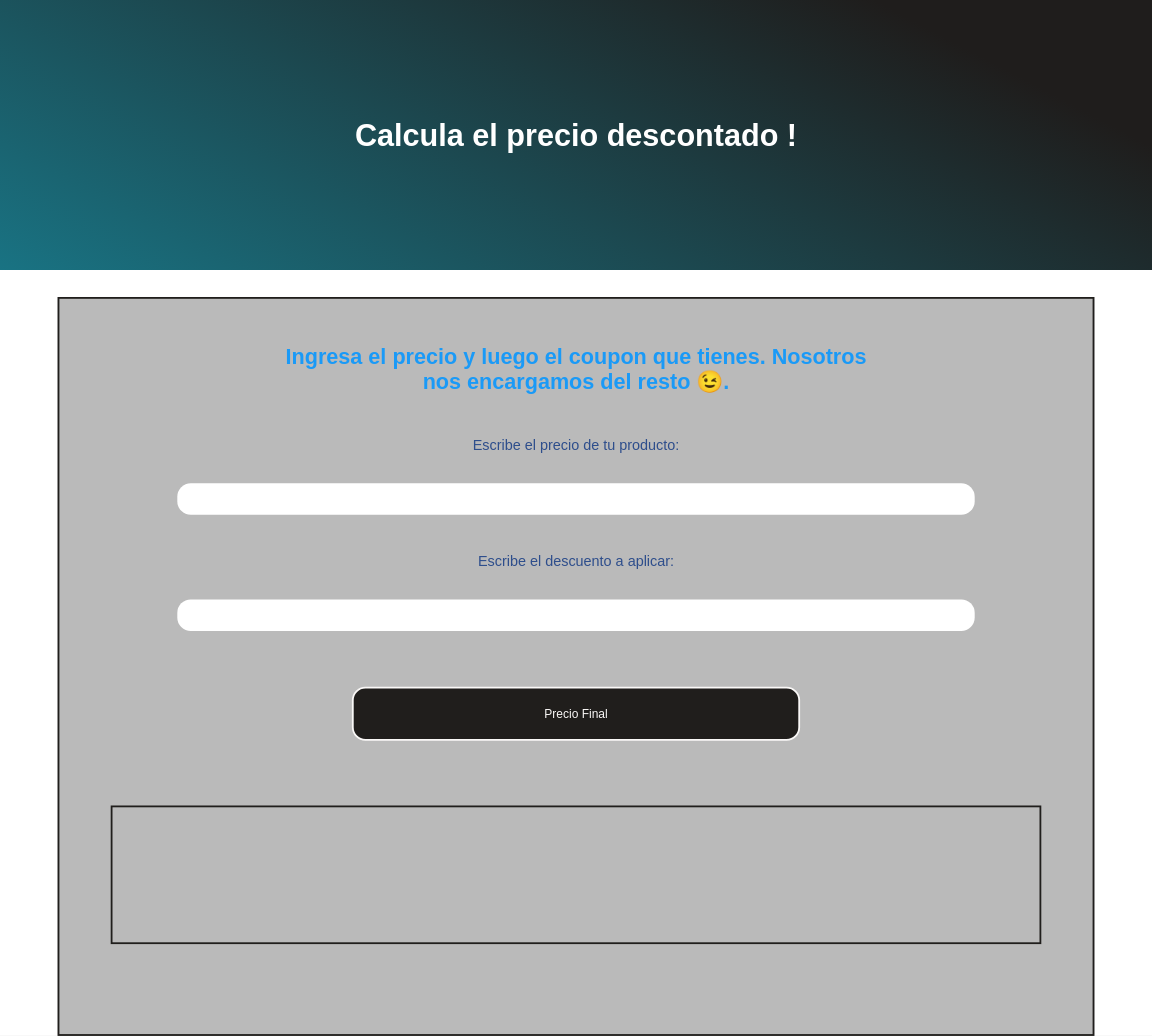
Repository: ChristianGecchelin/javascript-project
Page: javascript-project/descuentos y porcentajes/descuentos.html
An editor plug-in stored every save of this project. The page is shown before and after the next save, followed by the edit.
The browser window is 1280 px wide. The pictures show the whole page, at 90% of full size.

Above is the page before, as saved 2021-12-05 18:39:18.

### javascript-project/descuentos y porcentajes/descuentos.html
<!DOCTYPE html>
<html lang="es">
  <head>
    <meta charset="UTF-8" />
    <meta http-equiv="X-UA-Compatible" content="IE=edge" />
    <meta name="viewport" content="width=device-width, initial-scale=1.0" />
    <title>Porcentajes y descuentos</title>
    <link rel="stylesheet" href="./style.css" />
  </head>
  <body>
    <header>
      <div class="header--title-container">
        <h1>Calcula el precio descontado !</h1>
      </div>
    </header>
    <main>
      <section class="title-container">
        <h2 class="title">
          Ingresa el precio y luego el coupon que tienes. Nosotros nos
          encargamos del resto 😉.
        </h2>
        <div class="container-form">
          <form action="">
            <div class="form--labelContainer">
              <label class="form--label-input" for="inputPrice">
                Escribe el precio de tu producto:</label
              >
              <input class="form--input" type="number" id="inputPrice" />
            </div>
            <div class="form--labelContainer">
              <label class="form--label-input" for="inputCoupon"
                >Escribe el descuento a aplicar:</label
              >
              <input class="form--input" type="text" id="inputCoupon" />
            </div>

            <button type="button" onclick="calculateDiscountPrice()">
              Precio Final
            </button>
          </form>
        </div>
        <section class="container-answer">
          <p id="resultFunction"></p>
        </section>
      </section>
    </main>

    <script src="./descuentos.js"></script>
  </body>
</html>

### javascript-project/descuentos y porcentajes/style.css
:root {
  --Dark-lightblue: #197383;
  --soft-orange: #ffe9d5;
  --secondary-blue: #1a9af7;
  --soft-blue: #e7f5ff;
  --warm-black: #201e1c;
  --black: #282623;
  --grey: #bababa;
  --off-white: #faf8f7;
  --just-white: #fff;
}
* {
  box-sizing: border-box;
  margin: 0;
  padding: 0;
}
html {
  font-size: 62.5%;
  font-family: "DM Sans", sans-serif;
}
header {
  position: relative;
  display: flex;
  flex-direction: column;
  justify-content: center;
  width: 100%;
  min-width: 320px;
  height: 300px;
  text-align: center;
  background: linear-gradient(207.8deg, #1f1d1c 16.69%, #197383 100%);
}
header .header--title-container {
  display: flex;
  justify-content: center;
  align-self: center;
  width: 90%;
  min-width: 288px;
  max-width: 900px;
  height: 200px;
  text-align: center;
}
header .header--title-container h1 {
  margin: auto;
  font-size: 3.4rem;
  font-weight: 700;
  line-height: 3.6rem;
  color: var(--just-white);
}
.title-container {
  width: 90%;
  height: auto;
  margin: 0 auto;
  margin-top: 30px;
  padding-top: 50px;
  padding-bottom: 100px;
  text-align: center;
  background-color: #bababa;
  border: 2px solid var(--warm-black);
}
.title-container .title {
  width: 60%;
  margin: 0 auto;
  margin-bottom: 25px;
  font-size: 2.4rem;
  font-weight: 700;
  color: #1a9af7;
}
.title-container .container-form {
  display: flex;
  flex-direction: column;
  justify-content: center;
  height: auto;
  padding: 20px 20px;
}
.title-container .container-form .form--labelContainer {
  margin-bottom: 40px;
}
.title-container .container-form .form--label-input {
  display: block;
  font-size: 1.6rem;
  font-weight: 500;
  line-height: 2.4rem;
  color: rgba(34, 68, 136, 0.92);
}
.title-container .container-form .form--input {
  display: block;
  width: 80%;
  height: 35px;
  margin: 30px auto;
  border: none;
  border-radius: 15px;
  text-align: center;
  font-size: 2rem;
  font-weight: 500;
}
.title-container .container-form .form--input:focus {
  border: 5px solid var(--Dark-lightblue);
  width: 85%;
  border-radius: 15px;
}
.title-container .container-form button {
  width: 45%;
  height: 60px;
  margin: 2%;
  padding: 5px 10px;
  border: 2px solid var(--off-white);
  border-radius: 15px;
  background-color: var(--warm-black);
  color: var(--off-white);
}
.container-answer {
  width: 90%;
  height: auto;
  margin: 0 auto;
  margin-top: 30px;
  padding-top: 50px;
  padding-bottom: 100px;
  text-align: center;
  background-color: #bababa;
  border: 2px solid var(--warm-black);
}
.container-answer p {
  font-size: 3rem;
  font-weight: 700;
  line-height: 2.4rem;
  color: var(--Dark-lightblue);
}

### javascript-project/descuentos y porcentajes/descuentos.js
// Voy a relacionar los descuentos a cupones que el cliente puede aplicar para bajar el precio del producto
// 1° creo un array de objetos. propiedad: valor,
const coupons = [
  {
    name: "nuevo-socio",
    discount: 30,
  },
  { name: "primera-compra", discount: 15 },
  { name: "navidad", discount: 10 },
  {
    name: "cumpleaños",
    discount: 5,
  },
];
function calculoPrecioConDescuento(precio, descuento) {
  // Calculo el porcentaje final que PAGARA el cliente
  const porcentajePrecioConDescuento = 100 - descuento;
  const precioConDescuento = (precio * porcentajePrecioConDescuento) / 100;
  return precioConDescuento;
}
//Esta funcion es la que llamaremos cuando tocamos el boton
//tomamos los valores puestos en los input
function calculateDiscountPrice() {
  const inputPrice = document.getElementById("inputPrice");
  const priceValue = inputPrice.value;
  const inputCoupon = document.getElementById("inputCoupon");
  const couponValue = inputCoupon.value;
  // Esta funcion validara si coupon name es igual a coupon value, solo se ejecuta cuando la llamo

  const isCouponValueValid = function (coupon) {
    return coupon.name === couponValue;
  };
  //recorreremos el array de cupones para ver si lo introducido en el input corresponde a un cupon valido mediante la funcion anterior y lo almacenamos en una constante
  const userCoupon = coupons.find(isCouponValueValid);
  //si no corresponde nos da un alert. Pero si es valido, la propiedad discount se la asigno a descuento y ejecuto las funciones para calcular
  //finalmente lo traslado al html
  if (!userCoupon) {
    alert(`El cupón ${couponValue} no es válido`);
  } else {
    const descuento = userCoupon.discount;
    const precioConDescuento = calculoPrecioConDescuento(priceValue, descuento);
    const resultFunction = document.getElementById("resultFunction");
    resultFunction.innerText = `El precio con descuento es: ${precioConDescuento}`;
  }
}

After the next save:
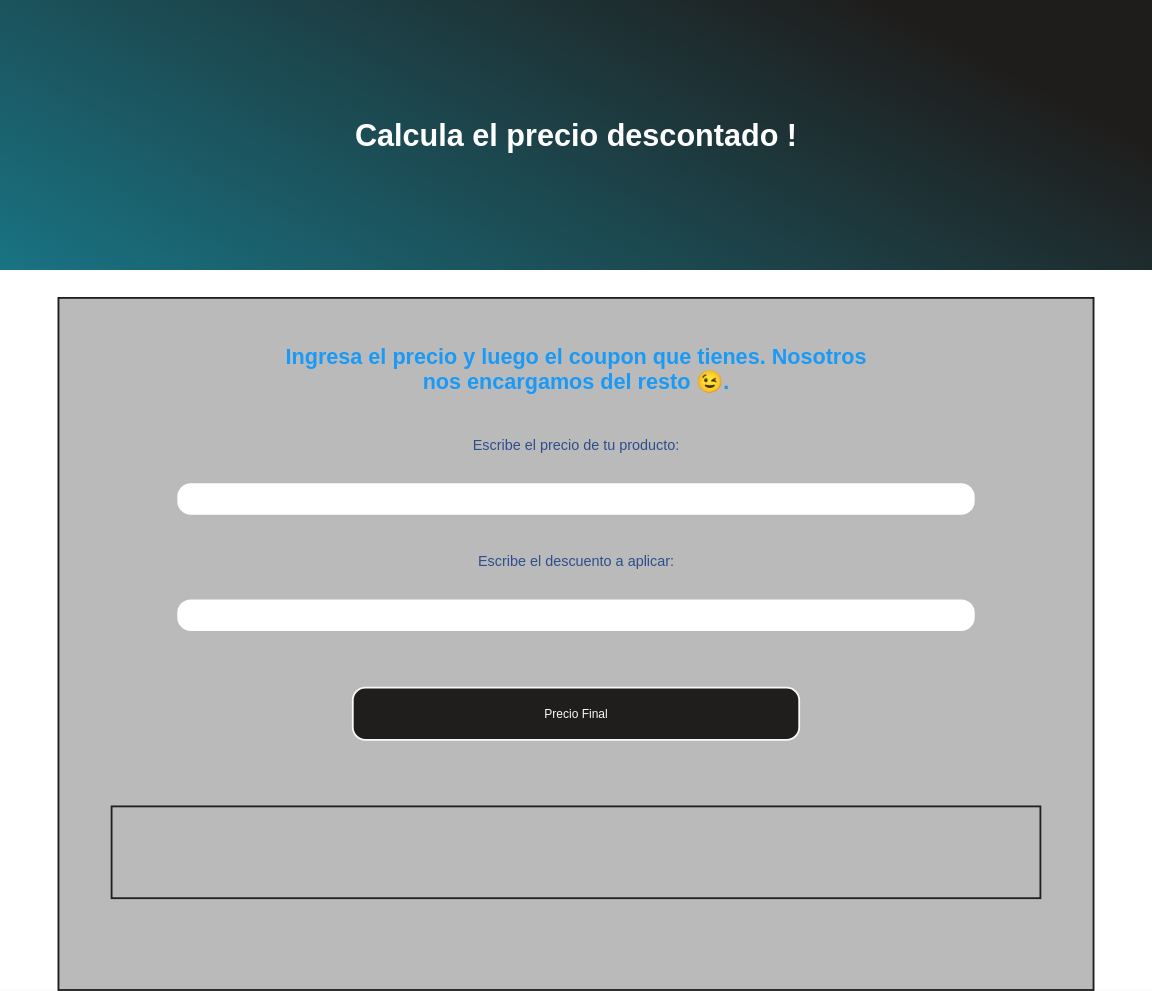
Saved 64 s later.
--- a/javascript-project/descuentos y porcentajes/style.css
+++ b/javascript-project/descuentos y porcentajes/style.css
@@ -114,7 +114,7 @@ header .header--title-container h1 {
   margin: 0 auto;
   margin-top: 30px;
   padding-top: 50px;
-  padding-bottom: 100px;
+  padding-bottom: 50px;
   text-align: center;
   background-color: #bababa;
   border: 2px solid var(--warm-black);
